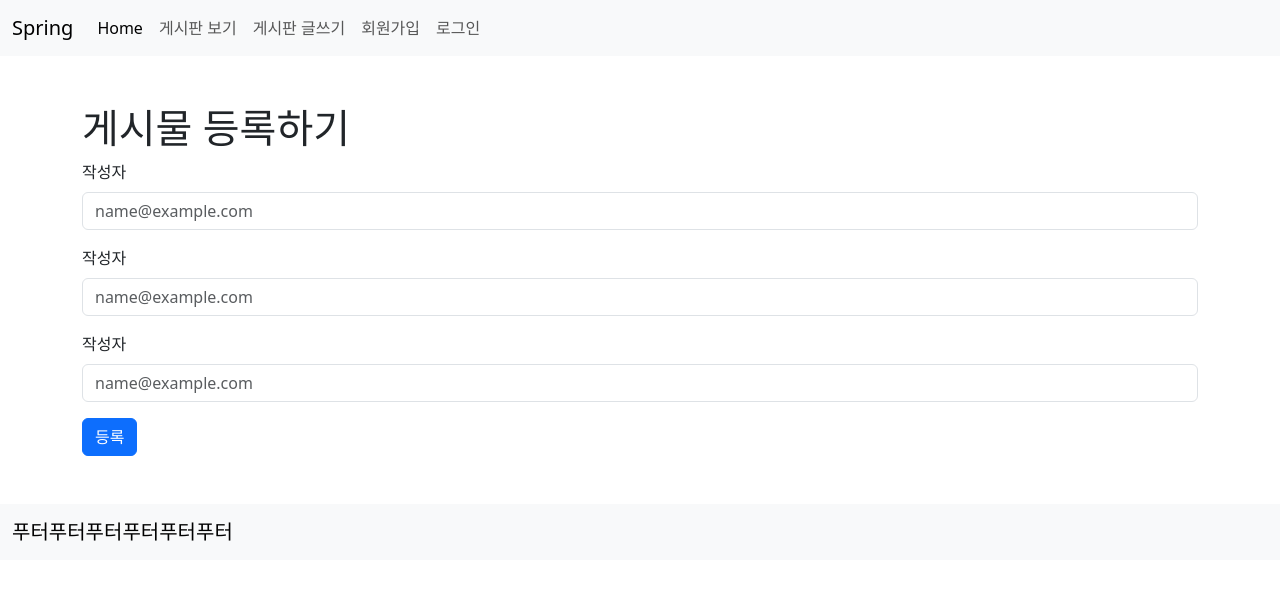
Repository: Jensuchan/spring_solo_project
Page: http://localhost/spring_test/WEB-INF/views/board/register.jsp
These files come from the project's save history. The page is drawn as it stood at one moment and after the next save; the edit follows.
The browser window is 1280 px wide. The pictures show the whole page.
The page is served by Tomcat 9. Nobody is signed in. Other server files are loaded and not shown. The template is opened directly, without the code that normally fills it, so the values that code supplies are empty.

Above is the page before, as saved 2024-01-16 05:53:55.

### spring_test/src/main/webapp/WEB-INF/views/board/register.jsp
<%@ page language="java" contentType="text/html; charset=UTF-8"
	pageEncoding="UTF-8"%>
<jsp:include page="../layout/header.jsp"></jsp:include>




<div class="container">
	<h1>게시물 등록하기</h1>
	<form action="/board/regiser" method="post">
		<div class="mb-3">
			<label for="exampleFormControlInput1" class="form-label">작성자</label>
			<input type="email" class="form-control" id="exampleFormControlInput1" placeholder="name@example.com">
		</div>
		<div class="mb-3">
			<label for="exampleFormControlInput1" class="form-label">작성자</label>
			<input type="email" class="form-control" id="exampleFormControlInput1" placeholder="name@example.com">
		</div>
		<div class="mb-3">
			<label for="exampleFormControlInput1" class="form-label">작성자</label>
			<input type="email" class="form-control" id="exampleFormControlInput1" placeholder="name@example.com">
		</div>
		<button type="submit" class="btn btn-primary">등록</button>

	</form>






</div>

<jsp:include page="../layout/footer.jsp"></jsp:include>

### spring_test/src/main/webapp/WEB-INF/views/layout/header.jsp
<%@ taglib uri="http://java.sun.com/jsp/jstl/core" prefix="c"%>
<%@ page language="java" contentType="text/html; charset=UTF-8"
	pageEncoding="UTF-8"%>
<%@ taglib uri="http://www.springframework.org/security/tags"
	prefix="sec"%>
<!DOCTYPE html>
<html>
<head>
<meta charset="UTF-8">
<title>Insert title here</title>
<link
	href="https://cdn.jsdelivr.net/npm/bootstrap@5.3.1/dist/css/bootstrap.min.css"
	rel="stylesheet"
	integrity="sha384-4bw+/aepP/YC94hEpVNVgiZdgIC5+VKNBQNGCHeKRQN+PtmoHDEXuppvnDJzQIu9"
	crossorigin="anonymous">
<script
	src="https://cdn.jsdelivr.net/npm/bootstrap@5.3.1/dist/js/bootstrap.bundle.min.js"
	integrity="sha384-HwwvtgBNo3bZJJLYd8oVXjrBZt8cqVSpeBNS5n7C8IVInixGAoxmnlMuBnhbgrkm"
	crossorigin="anonymous"></script>
</head>
<style>
	.container-fluid{
		display: flex;
		justify-content: space-evenly;
		align-items: center;
	}
</style>

<body>

	<nav class="navbar navbar-expand-lg bg-body-tertiary">
		<div class="container-fluid">
			<a class="navbar-brand" href="/">Spring</a>
			<button class="navbar-toggler" type="button"
				data-bs-toggle="collapse" data-bs-target="#navbarSupportedContent"
				aria-controls="navbarSupportedContent" aria-expanded="false"
				aria-label="Toggle navigation">
				<span class="navbar-toggler-icon"></span>
			</button>
			<div class="collapse navbar-collapse" id="navbarSupportedContent">
				<ul class="navbar-nav me-auto mb-2 mb-lg-0">
					<li class="nav-item"><a class="nav-link active"
						aria-current="page" href="/">Home</a></li>
					<li class="nav-item"><a class="nav-link" href="/">게시판 보기</a></li>

					<!-- 현재 인증한 사용자의 정보를 가져와서 해당 권한이 있는지 확인 -->
					<!-- 현재 사용자의 정보는 principal  -->
					<!-- anyMatch() : stream 매칭 메서드(최소한 1개의 요소가 주어진 조건에 맞는지 조사) -->

					<li class="nav-item"><a class="nav-link" href="/board/register">게시판 글쓰기</a>
					</li>
					<li class="nav-item"><a class="nav-link"
						href="/member/register">회원가입</a></li>
					<li class="nav-item"><a class="nav-link" href="#">로그인</a>
					</li>
				</ul>
			</div>
		</div>
	</nav>

	<br><br>

### spring_test/src/main/webapp/WEB-INF/views/layout/footer.jsp
<%@ page language="java" contentType="text/html; charset=UTF-8"
    pageEncoding="UTF-8"%>
<br><br>
<nav class="navbar navbar-expand-lg bg-body-tertiary">
		<div class="container-fluid">
			<a class="navbar-brand" href="/">푸터푸터푸터푸터푸터푸터</a>

			<div class="collapse navbar-collapse" id="navbarSupportedContent">
			</div>
		</div>
	</nav>
</body>
</html>

After the next save:
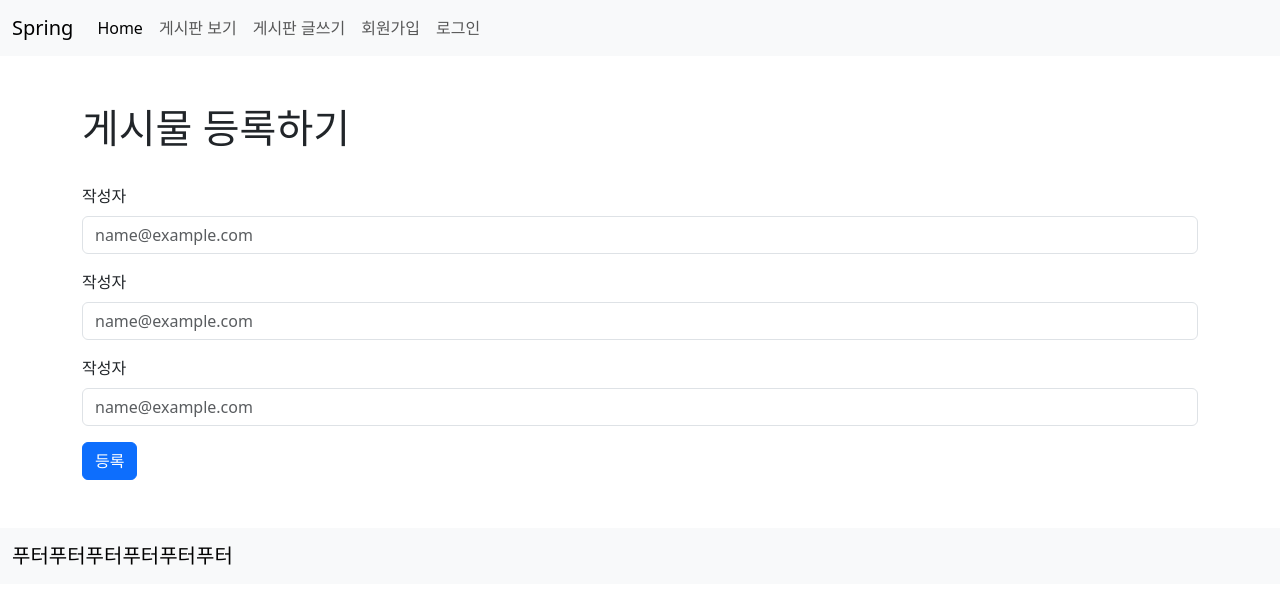
Saved 11 s later.
--- a/spring_test/src/main/webapp/WEB-INF/views/board/register.jsp
+++ b/spring_test/src/main/webapp/WEB-INF/views/board/register.jsp
@@ -6,7 +6,7 @@
 
 
 <div class="container">
-	<h1>게시물 등록하기</h1>
+	<h1>게시물 등록하기</h1><br>
 	<form action="/board/regiser" method="post">
 		<div class="mb-3">
 			<label for="exampleFormControlInput1" class="form-label">작성자</label>
